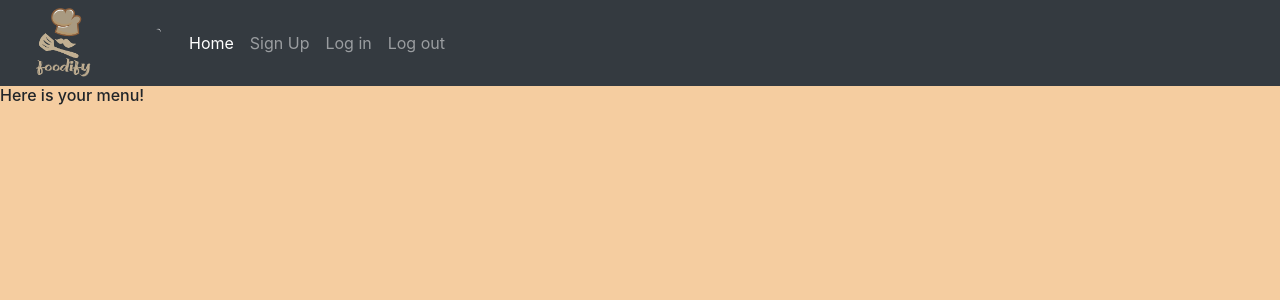
Repository: RanaHisham18/Foodify-Web-App
Page: Project IA raghda/usermenu.html
An editor plug-in stored every save of this project. The page is shown before and after a run of saves, followed by the edit.
The browser window is 1280 px wide. The pictures show the whole page.

Above is the page before, as saved 2022-01-06 18:17:02.

After the next 2 saves:
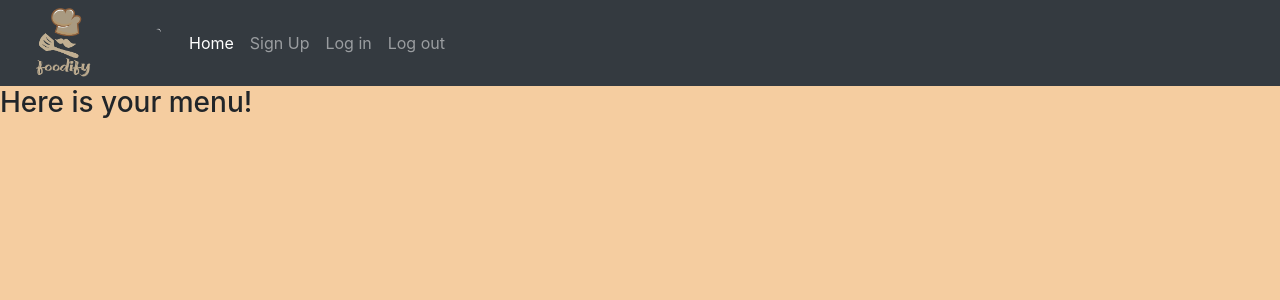
The 2 saves are shown as one change because they came seconds apart.
The last was saved 9 s later.
--- a/Project IA raghda/usermenu.html
+++ b/Project IA raghda/usermenu.html
@@ -39,6 +39,6 @@
        </div>
    </nav>
 
-   <h6>Here is your menu!</h6>
+   <h3>Here is your menu!</h3>
 </body>
 </html>
